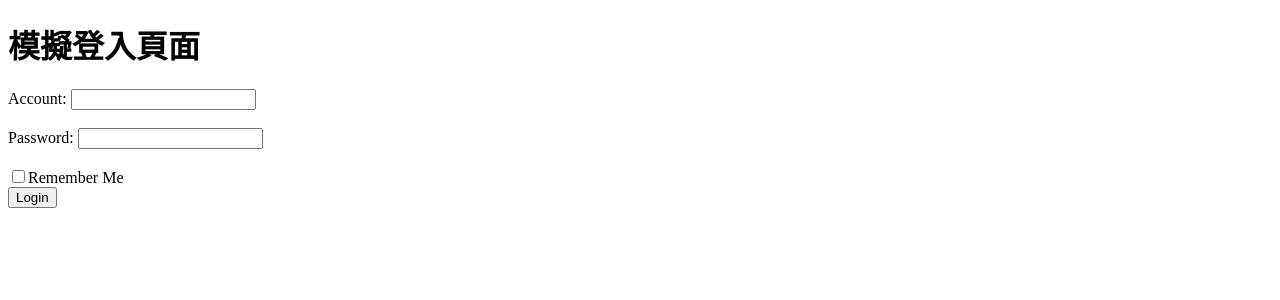
Repository: fgh64hfhk/webworkspace
Page: eeit82_web/src/main/webapp/web61.html
These files come from the project's save history. The page is drawn as it stood at one moment and after the next save; the edit follows.
The browser window is 1280 px wide. The pictures show the whole page.

Above is the page before, as saved 2024-05-13 08:13:23.

### eeit82_web/src/main/webapp/web61.html
<!DOCTYPE html>
<html>
	<head>
		<meta charset="UTF-8">
		<title>web61 page</title>
		<script type="text/javascript" src="js/cookies.js"></script>
	</head>
	<body>
		<h1>模擬登入頁面</h1>
		<form action="web62.jsp" onsubmit="return false;">
			Account:
			<input name="account" id="account" /><br /><br />
			Password:
			<input name="password" id="password" /><br /><br />
			<input type="checkbox" id="remember" />Remember Me<br />
			<input type="submit" value="Login" />
		</form>
	</body>
</html>

Loaded but not shown: eeit82_web/src/main/webapp/js/cookies.js (no copy from this time; the picture is the same without it)

After the next save:
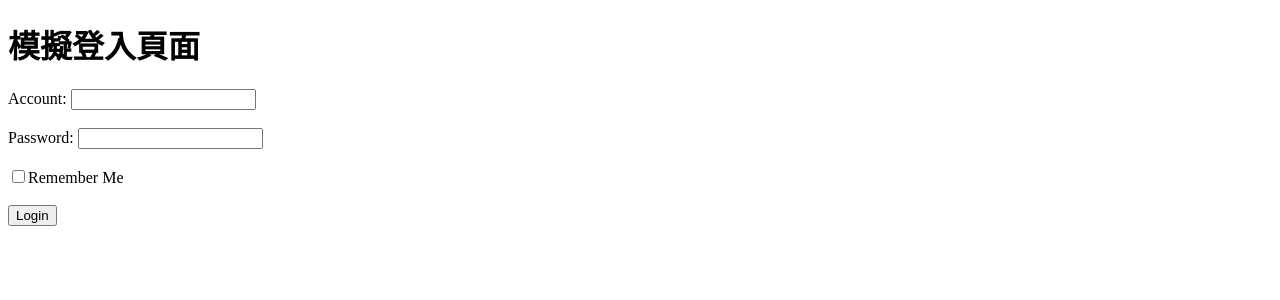
Saved 25 s later.
--- a/eeit82_web/src/main/webapp/web61.html
+++ b/eeit82_web/src/main/webapp/web61.html
@@ -12,7 +12,7 @@
 			<input name="account" id="account" /><br /><br />
 			Password:
 			<input name="password" id="password" /><br /><br />
-			<input type="checkbox" id="remember" />Remember Me<br />
+			<input type="checkbox" id="remember" />Remember Me<br /><br />
 			<input type="submit" value="Login" />
 		</form>
 	</body>
